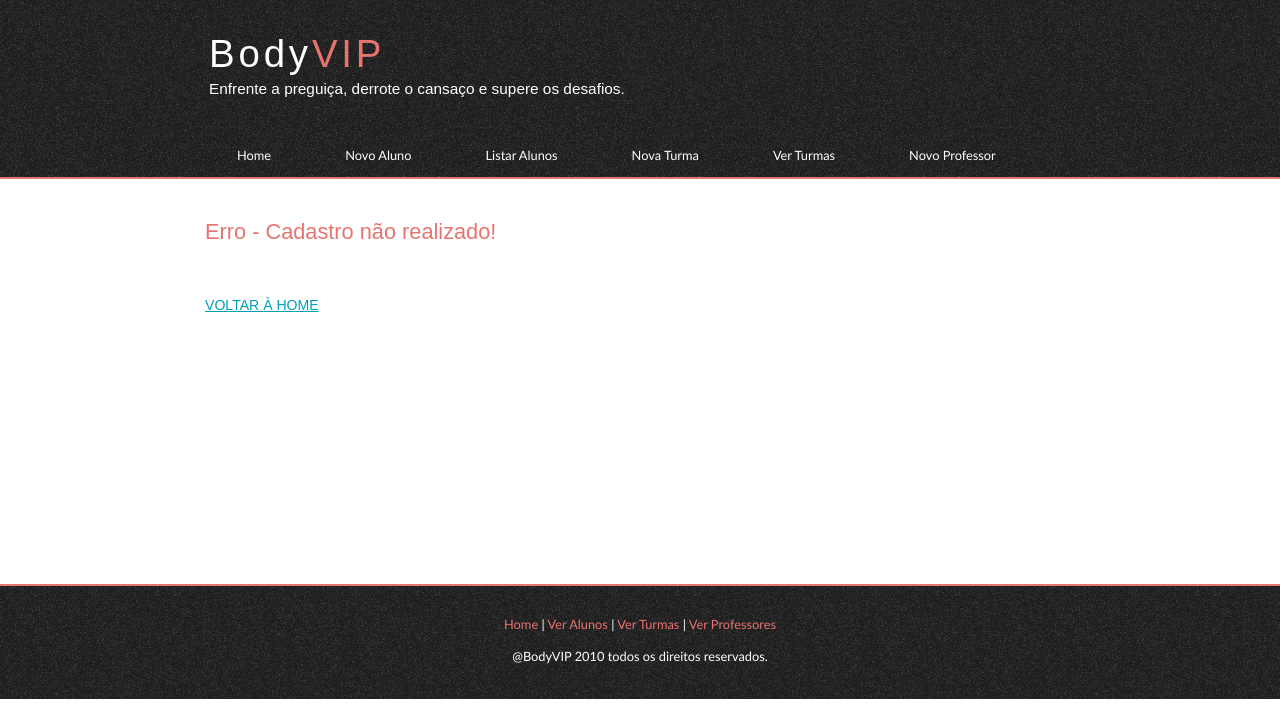
Repository: Thais-Ferreira/Projeto_bodyVIP
Page: http://localhost/BodyVIP/erroCadastro.jsp
An editor plug-in stored every save of this project. The page is shown before and after the next save, followed by the edit.
The browser window is 1280 px wide. The pictures show the whole page.
The page is served by Tomcat 9.

Above is the page before, as saved 2017-06-21 14:34:10.

After the next save:
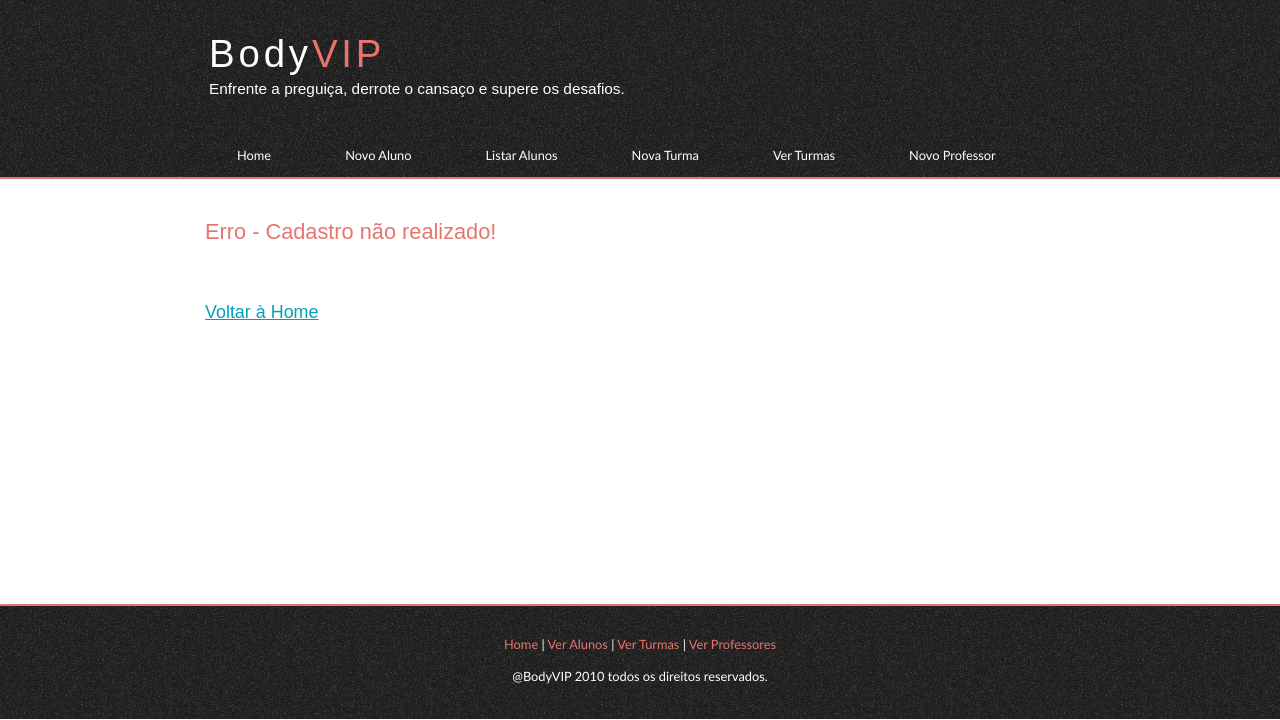
Saved 25 s later.
--- a/BodyVIP/WebContent/erroCadastro.jsp
+++ b/BodyVIP/WebContent/erroCadastro.jsp
@@ -35,7 +35,7 @@
 
       <div id="content">
         <h1>Erro - Cadastro não realizado!</h1><br><br>
-        <h4><a href="home.jsp">Voltar à Home</a></h4>
+        <h3><a href="home.jsp">Voltar à Home</a></h3>
         <br><br><br><br><br><br><br><br><br><br><br><br><br><br><br><br>
       </div>
     </div>
